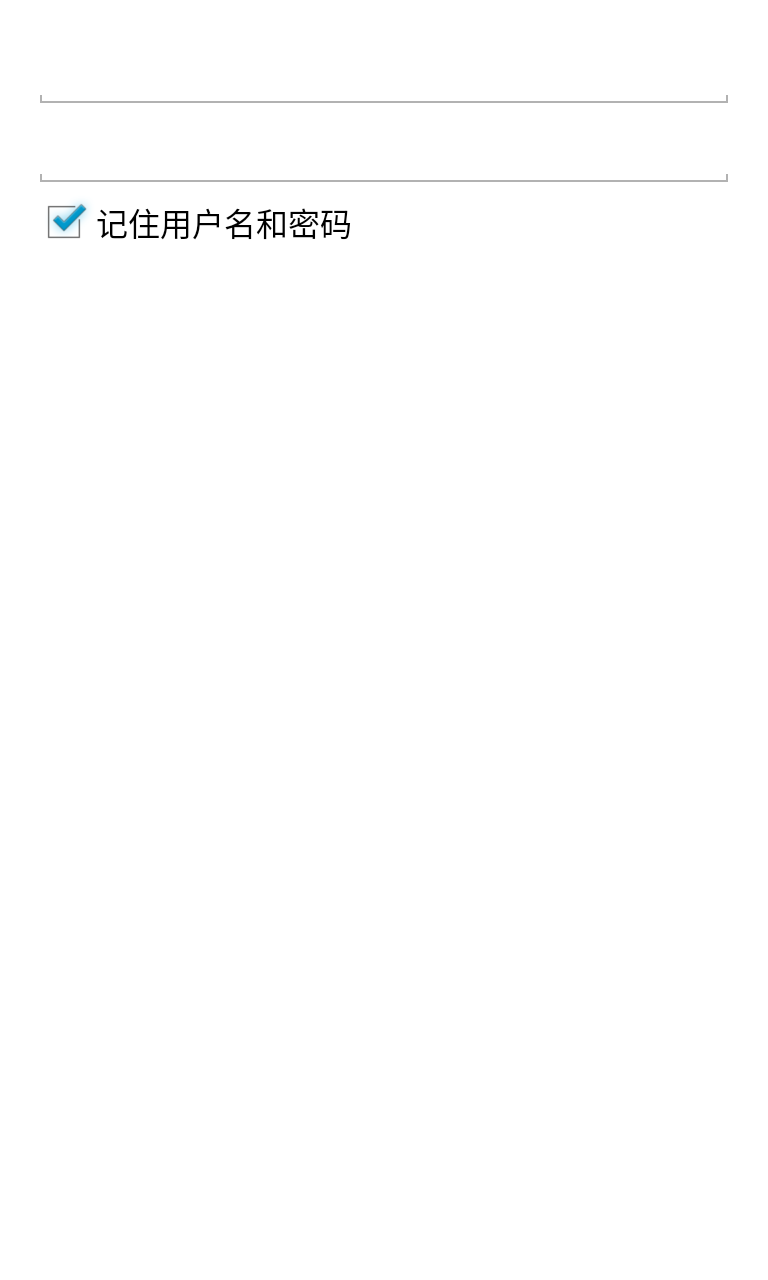
Repository: Finalowee/androidworkspace
Layout: login/res/layout/activity_main.xml
These files come from the project's save history. The layout is drawn as it stood at one moment and after the next save; the edit follows.
It is drawn on a 768 x 1280 px phone screen (xhdpi) without system bars, with theme AppTheme; the app's code is not run.

Above is the layout before, as saved 2015-10-19 02:19:23.

After the next save:
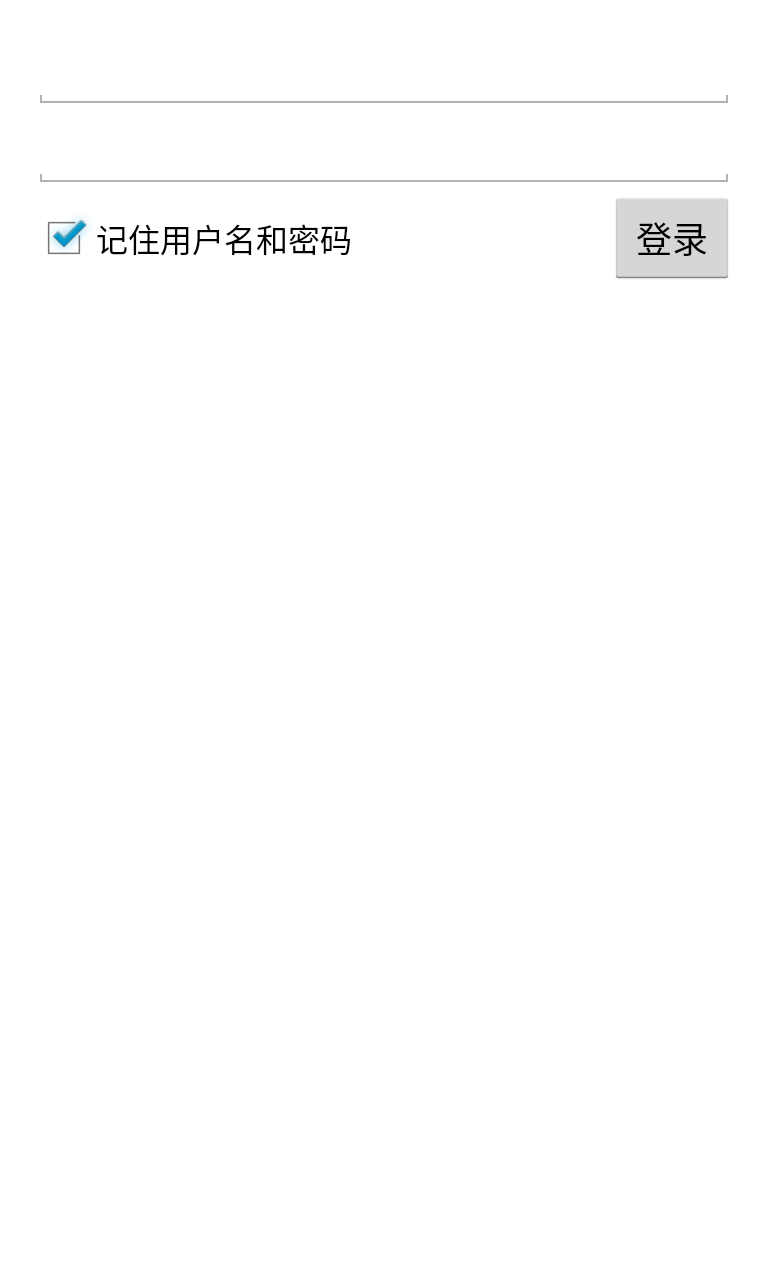
Saved 98 s later.
--- a/login/res/layout/activity_main.xml
+++ b/login/res/layout/activity_main.xml
@@ -21,14 +21,20 @@
     <RelativeLayout
         android:layout_width="match_parent"
         android:layout_height="wrap_content"
-        android:orientation="horizontal"
-        >
+        android:orientation="horizontal">
+
         <CheckBox
             android:layout_width="wrap_content"
             android:layout_height="wrap_content"
             android:text="记住用户名和密码"
             android:layout_centerVertical="true"
             android:checked="true"/>
+
+        <Button
+            android:layout_width="wrap_content"
+            android:layout_height="wrap_content"
+            android:text="登录"
+            android:layout_alignParentRight="true"/>
     </RelativeLayout>
 
 
